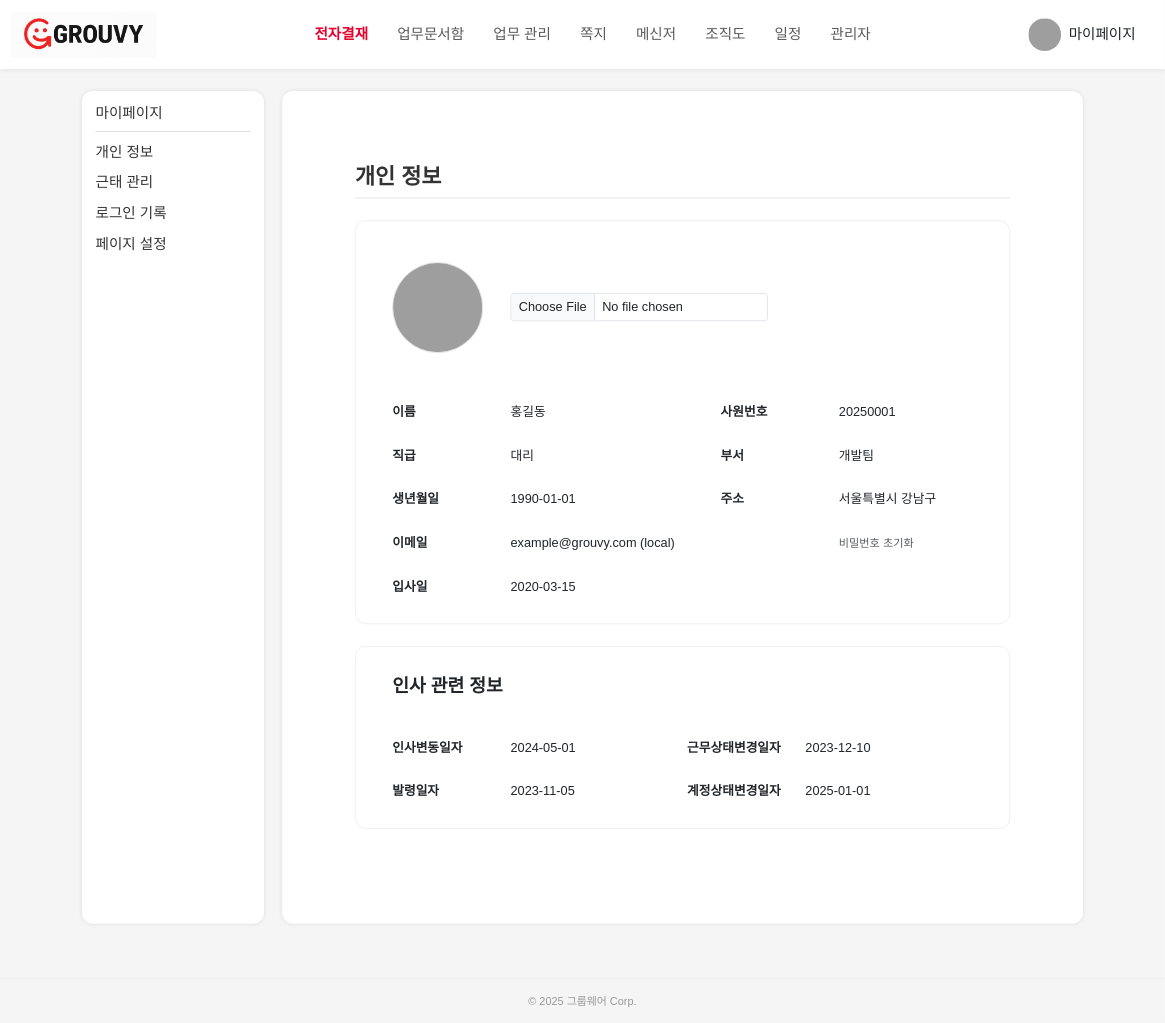
Repository: hyunbin7664/web-java-workspace
Page: groupware/src/main/webapp/mypage_profile.html
These files come from the project's save history. The page is drawn as it stood at one moment and after the next save; the edit follows.
The browser window is 1280 px wide. The pictures show the whole page, at 91% of full size.
Pictures or frames that could not be fetched are drawn as grey boxes.

Above is the page before, as saved 2025-07-08 08:06:12.

After the next save:
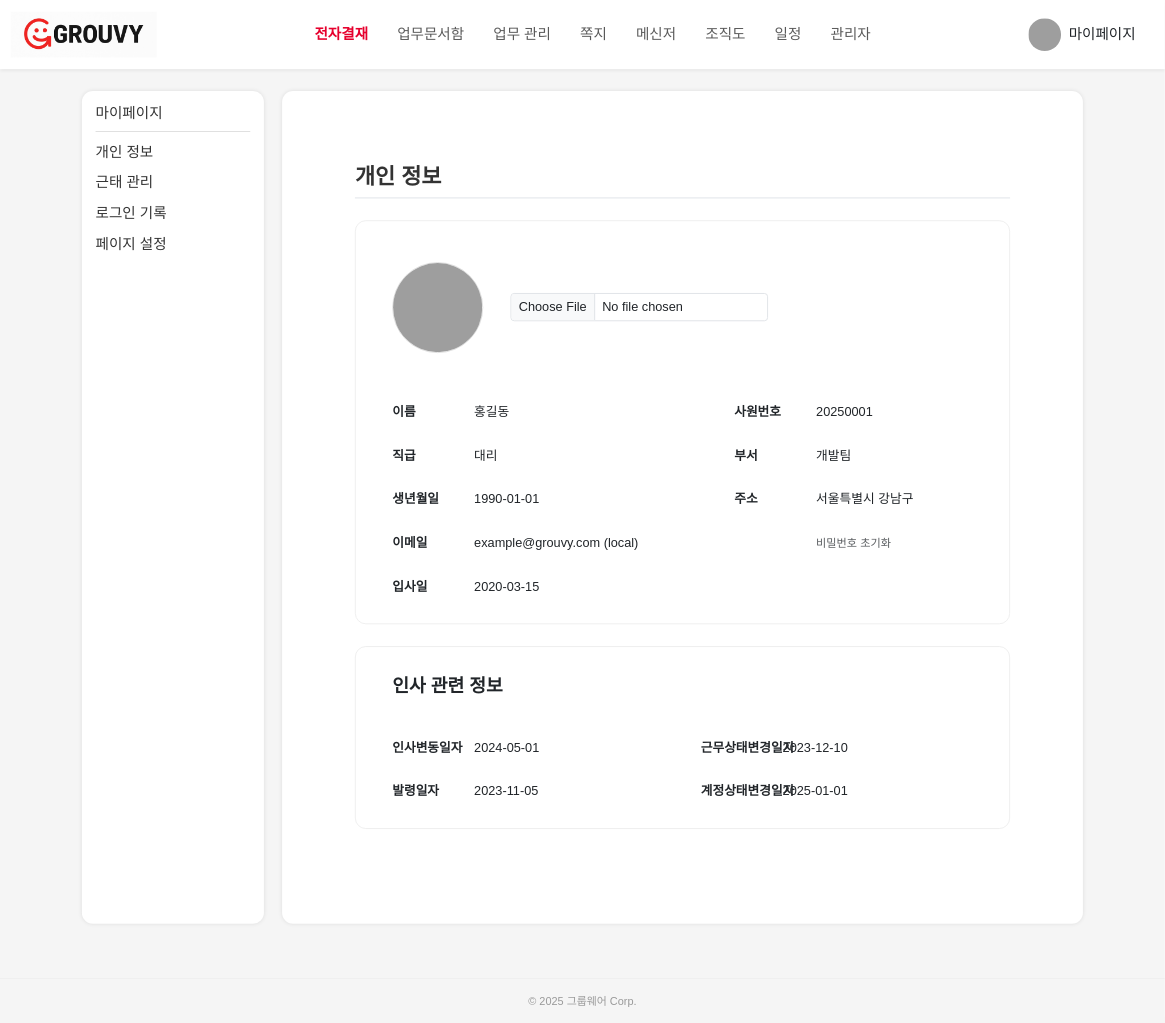
Saved 4 min 21 s later.
--- a/groupware/src/main/webapp/mypage_profile.html
+++ b/groupware/src/main/webapp/mypage_profile.html
@@ -94,7 +94,6 @@
 	width: 60px;
 	margin-bottom: 20px;
 } */
-
 .main-content p {
 	font-size: 14px;
 	color: #555;
@@ -123,37 +122,37 @@
 }
 
 .profile-photo {
-  width: 100px;
-  height: 100px;
-  object-fit: cover;
-  border-radius: 50%;
-  border: 1px solid #ddd;
-  margin-right: 30px;
+	width: 100px;
+	height: 100px;
+	object-fit: cover;
+	border-radius: 50%;
+	border: 1px solid #ddd;
+	margin-right: 30px;
 }
 
 .card-custom {
-  padding: 30px 40px;
-  border-radius: 12px;
-  border: 1px solid #eee;
-  background-color: #fff;
+	padding: 30px 40px;
+	border-radius: 12px;
+	border: 1px solid #eee;
+	background-color: #fff;
 }
 
 .info-grid {
-  display: grid;
-  grid-template-columns: 120px auto 120px auto;
-  row-gap: 12px;
-  column-gap: 10px;
-  align-items: center;
-  font-size: 14px;
+	display: grid;
+	grid-template-columns: 50px auto 50px auto;
+	row-gap: 12px;
+	column-gap: 40px;
+	align-items: center;
+	font-size: 14px;
 }
 
 .info-grid div {
-  white-space: nowrap;
+	white-space: nowrap;
 }
 
 .card-wrapper {
-  max-width: 1000px;
-  margin: 0 auto;
+	max-width: 1000px;
+	margin: 0 auto;
 }
 
 /* .confirm-btn {
@@ -165,7 +164,6 @@
 	background-color: #ccc;
 	color: #333;
 } */
-
 footer {
 	text-align: center;
 	padding: 15px;

After the save that followed:
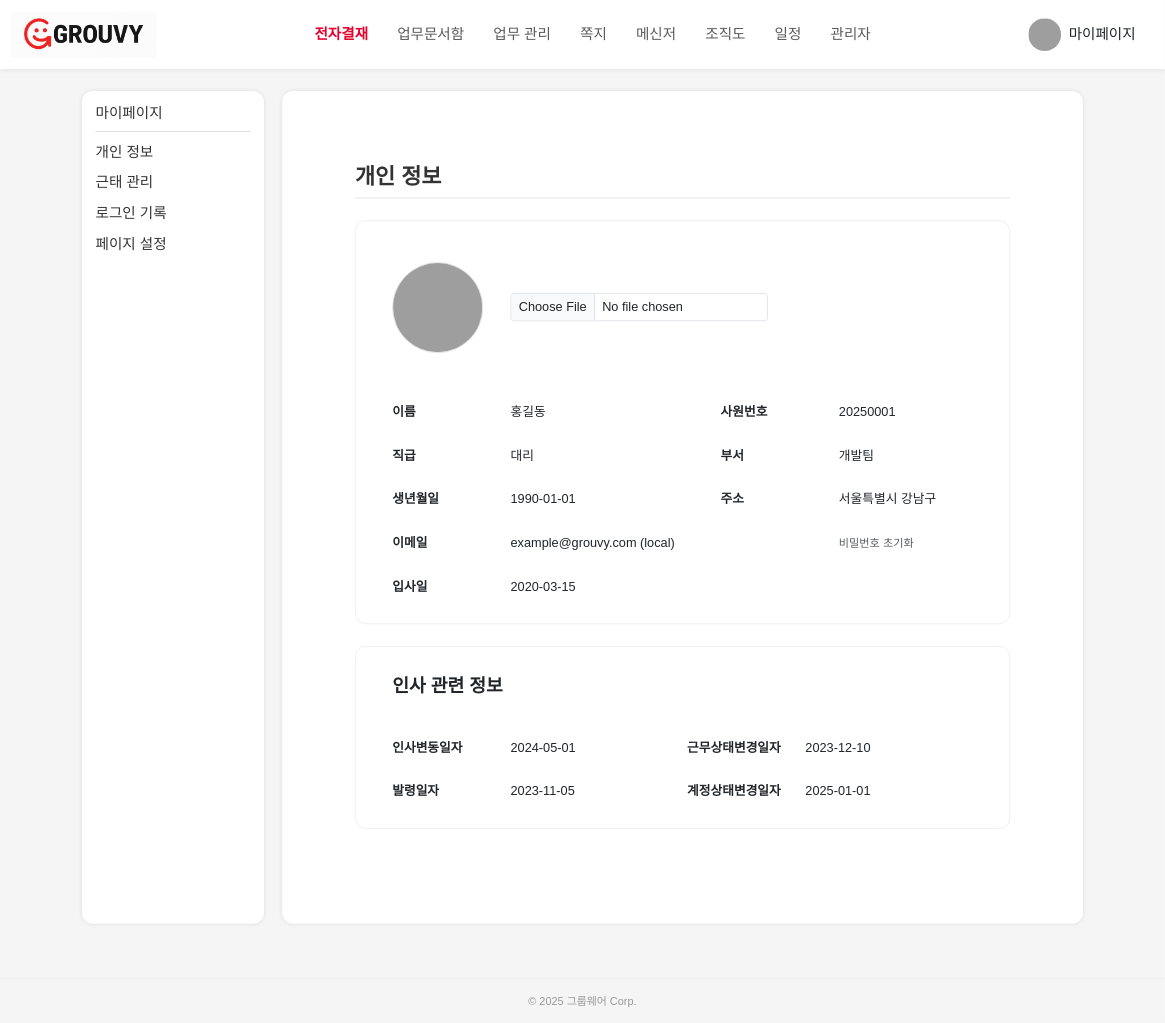
Saved 64 s later.
--- a/groupware/src/main/webapp/mypage_profile.html
+++ b/groupware/src/main/webapp/mypage_profile.html
@@ -94,6 +94,7 @@
 	width: 60px;
 	margin-bottom: 20px;
 } */
+
 .main-content p {
 	font-size: 14px;
 	color: #555;
@@ -122,37 +123,37 @@
 }
 
 .profile-photo {
-	width: 100px;
-	height: 100px;
-	object-fit: cover;
-	border-radius: 50%;
-	border: 1px solid #ddd;
-	margin-right: 30px;
+  width: 100px;
+  height: 100px;
+  object-fit: cover;
+  border-radius: 50%;
+  border: 1px solid #ddd;
+  margin-right: 30px;
 }
 
 .card-custom {
-	padding: 30px 40px;
-	border-radius: 12px;
-	border: 1px solid #eee;
-	background-color: #fff;
+  padding: 30px 40px;
+  border-radius: 12px;
+  border: 1px solid #eee;
+  background-color: #fff;
 }
 
 .info-grid {
-	display: grid;
-	grid-template-columns: 50px auto 50px auto;
-	row-gap: 12px;
-	column-gap: 40px;
-	align-items: center;
-	font-size: 14px;
+  display: grid;
+  grid-template-columns: 120px auto 120px auto;
+  row-gap: 12px;
+  column-gap: 10px;
+  align-items: center;
+  font-size: 14px;
 }
 
 .info-grid div {
-	white-space: nowrap;
+  white-space: nowrap;
 }
 
 .card-wrapper {
-	max-width: 1000px;
-	margin: 0 auto;
+  max-width: 1000px;
+  margin: 0 auto;
 }
 
 /* .confirm-btn {
@@ -164,6 +165,7 @@
 	background-color: #ccc;
 	color: #333;
 } */
+
 footer {
 	text-align: center;
 	padding: 15px;
